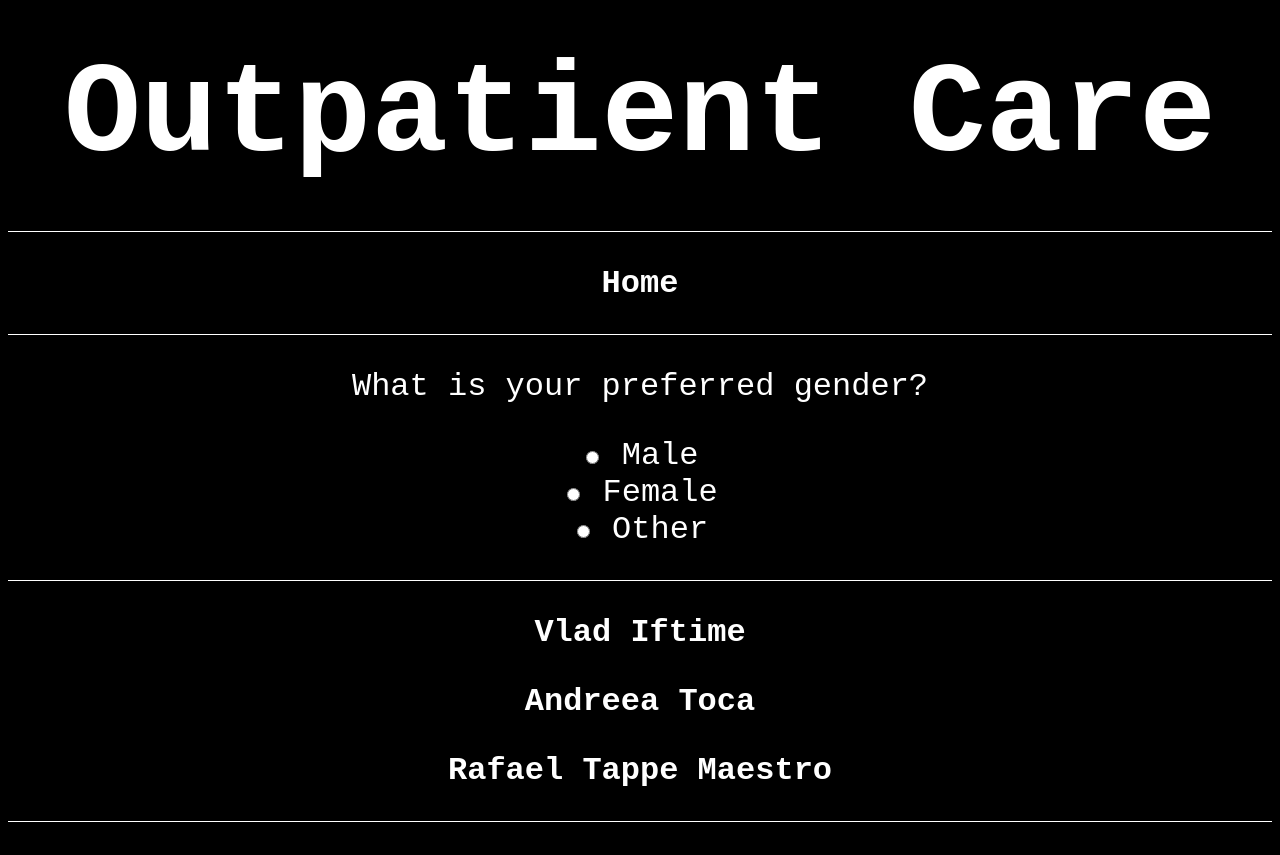
Repository: VladIftime/KnowledgeTechnology2019
Page: src/front/index.html
An editor plug-in stored every save of this project. The page is shown before and after a run of saves, followed by the edit.
The browser window is 1280 px wide. The pictures show the whole page.

Above is the page before, as saved 2019-12-15 12:10:22.
Console error: TypeError: Cannot set properties of null (setting 'innerHTML')

### src/front/index.html
<!DOCTYPE html>
<html lang="en">
    <head>
        <meta charset="UTF-8">
        <meta name="description" content="This is an examplary HTML5 page">
        <meta name="keywords" content="HTML5, HTML, example, web, page">
        <meta name="viewport" content="width=device-width, initial-scale=1.0">
        <title>ExamplaryHTML5</title>

        <link rel="stylesheet" href="style.css">
        <link rel="icon" type="image/png" href="favicon.png">


    </head>

    <body>
        <header>
            <h1>
                <span class=brokenLine>Outpatient<br>Care</span>
                <span class=oneLine>Outpatient Care</span>
            </h1>
        </header>
        <nav>
            <hr>
            <p><a href="http://localhost:8080/">Home</a></p>
            <hr>
        </nav>
        <article>
            <section>
                <p>What is your preferred gender?</p>
                <input type="radio" name="gender" value="male"> Male<br>
                <input type="radio" name="gender" value="female"> Female<br>
                <input type="radio" name="gender" value="other"> Other
            </section>
            <section id= >

            </section>
        </article>
        <footer>
            <hr>
            <p><a href="https://github.com/VladIftime/">Vlad Iftime</a></p>
            <p><a href="https://github.com/AndreeaToca/">Andreea Toca</a></p>
            <p><a href="https://github.com/Wehzie/">Rafael Tappe Maestro</a></p>
            <hr>
        </footer>
    </body>
    <script src="dosome.js"></script>
</html>

### src/front/style.css
html {
    font-family: "Courier New", Courier, monospace;
    color: white;
    background-color:  black;
}

.brokenLine {font-size: 16vw;}
.oneLine {display: none;}

@media screen and (min-width: 20cm) {
    .brokenLine {display: none;}
    .oneLine {font-size: 10vw; display: block}
}

body {
    font-size: 2em;
    text-align: center;
}

nav {
    font-weight: bold;
}

footer {
    font-weight: bold;
}

a:visited {
    color: white;
    background-color: transparent;
    text-decoration: none;
}

a:link {
    color: white;
    background-color: transparent;
    text-decoration: none;
}

a:hover {
    color: rgb(139, 208, 251);
    background-color: transparent;
    text-decoration: none;
}

a:active {
    color: white;
    background-color: transparent;
    text-decoration: none;
}

hr {
    display: block;
    height: 1px;
    border: 0;
    border-top: 1px solid white;
    margin: 1em 0;
    padding: 0;
}

button {
    background-color: rgb(65, 224, 208);
    color: white;
    border: 0.2em solid rgb(138, 40, 230);
    border-radius: 12%;
    padding: 1em 1em;

    text-align: center;
    display: inline-block;
    font-size: 1em;
    font-family: "Courier New", Courier, monospace;

    outline: none;
}

### src/front/dosome.js
function doInsertion(){
    const modifiableObject = document.getElementById("insert")
    modifiableObject.innerHTML = "Power of JavaScript"
}

class Question {
    constructor(question, choices, tag) {
        this.question = question;
        this.choices = choices;
        this.tag = tag;
    }

    showQuestion() {
        document.getElementById(this.tag).innerHTML = this.question;
    }

    showChoices() {
        for (let index = 0; index < this.choices.length; index++) {
            const choice = this.choices[index];
            document.write('<input type=\'radio\'>' + choice + '<br>');
        }
    }
}

const question1 = new Question('What is your preferred gender?', ['Male', 'Female', 'Other'], 'gender');
question1.showQuestion();

After the next 2 saves:
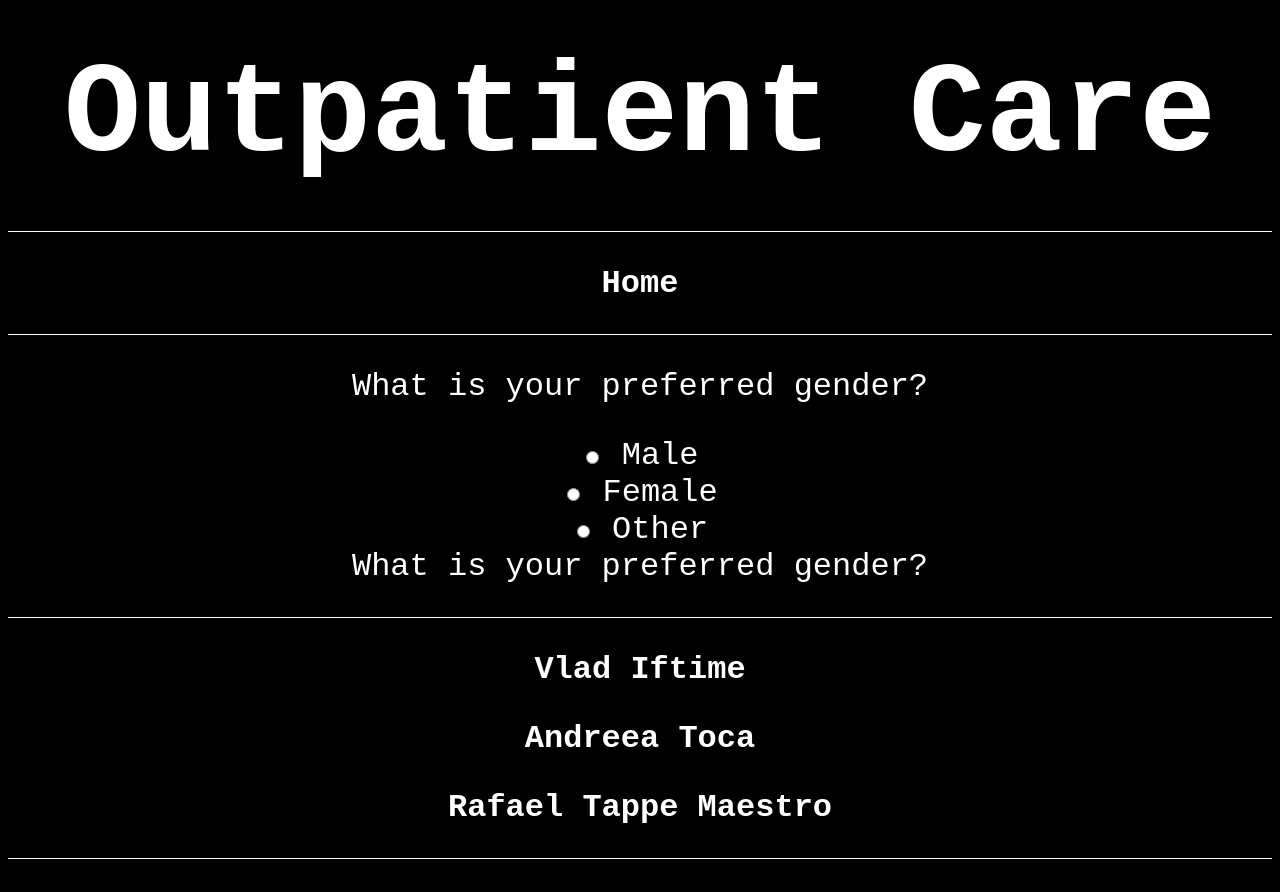
The error is gone.
The 2 saves are shown as one change because they came seconds apart.
The last was saved 6 s later.
--- a/src/front/index.html
+++ b/src/front/index.html
@@ -32,7 +32,7 @@
                 <input type="radio" name="gender" value="female"> Female<br>
                 <input type="radio" name="gender" value="other"> Other
             </section>
-            <section id= >
+            <section id = gender>
 
             </section>
         </article>
